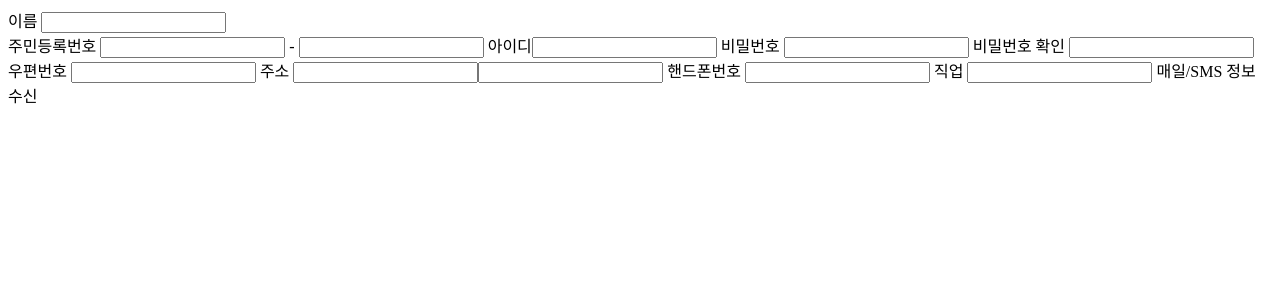
Repository: hii9505/DB_engineering_education
Page: eclipse-workspace/Web_study_02/src/main/webapp/homepage.html
These files come from the project's save history. The page is drawn as it stood at one moment and after the next save; the edit follows.
The browser window is 1280 px wide. The pictures show the whole page.

Above is the page before, as saved 2021-05-21 05:53:56.

After the next save:
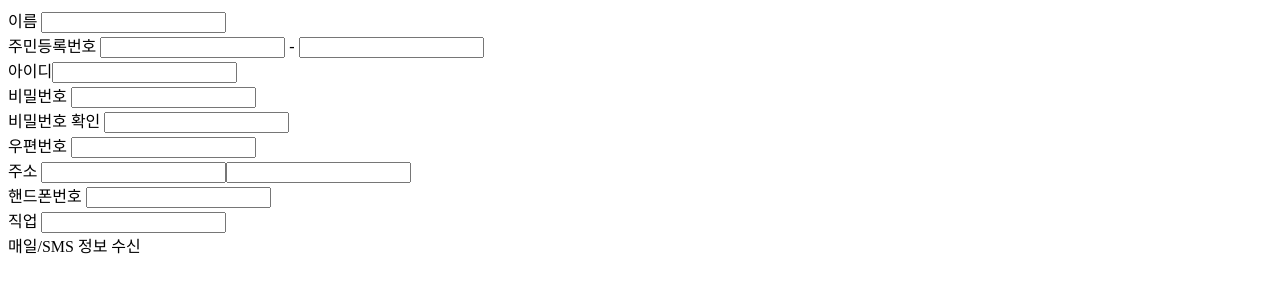
Saved 19 s later.
--- a/eclipse-workspace/Web_study_02/src/main/webapp/homepage.html
+++ b/eclipse-workspace/Web_study_02/src/main/webapp/homepage.html
@@ -10,15 +10,15 @@
 
 <body>
     이름 <input type="text"><br>
-    주민등록번호 <input type="text"> - <input type="text">
-    아이디<input type="text">
-    비밀번호 <input type="password">
-    비밀번호 확인 <input type="password">
-    우편번호 <input type="text">
-    주소 <input type="text"><input type="text">
-    핸드폰번호 <input type="text">
-    직업 <input type="text">
-    매일/SMS 정보 수신
+    주민등록번호 <input type="text"> - <input type="text"> <br>
+    아이디<input type="text"><br>
+    비밀번호 <input type="password"><br>
+    비밀번호 확인 <input type="password"><br>
+    우편번호 <input type="text"><br>
+    주소 <input type="text"><input type="text"><br>
+    핸드폰번호 <input type="text"><br>
+    직업 <input type="text"><br>
+    매일/SMS 정보 수신<br>
 </body>
 
 </html>
